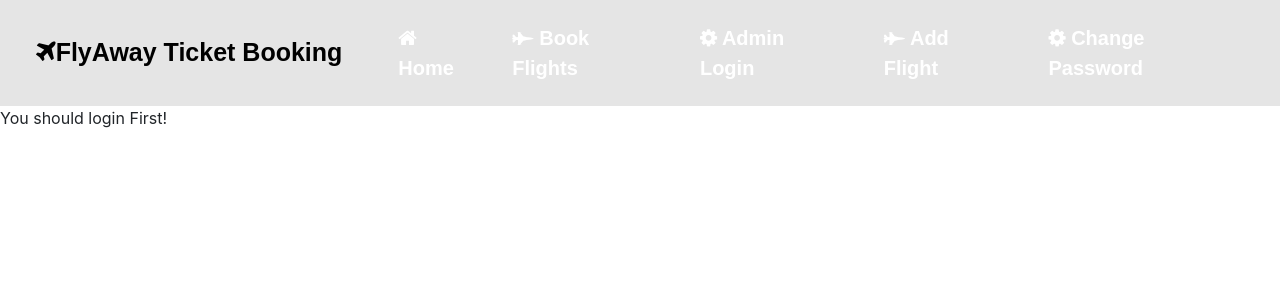
Repository: sayrabano/Phase2-project
Page: http://localhost/FlyAway/adminDashboard.jsp
The author's editor kept a copy of each file at every save. The page is drawn from the files as they stood at one save, then again after the next save.
The browser window is 1280 px wide. The pictures show the whole page.
Some web fonts or font styles are not loaded; a fallback is used. The page is served by Tomcat 9. Other server files are loaded and not shown.

Above is the page before, as saved 2021-09-24 20:57:55.

### FlyAway/src/main/webapp/adminDashboard.jsp
<%@ page language="java" contentType="text/html; charset=ISO-8859-1"
	pageEncoding="ISO-8859-1"%>
<%@page import="java.sql.*"%>
<%@page import=" com.flyaway.LogIn"%>

<%
String driverName = "com.mysql.cj.jdbc.Driver";
String Url = "jdbc:mysql://localhost:3306/flyaway";

String userId = "root";
String password = "say123";

try {
	Class.forName(driverName);
} catch (ClassNotFoundException e) {
	e.printStackTrace();
}
Connection connection = null;
Statement statement = null;
ResultSet resultSet = null;
%>

<!DOCTYPE html>
<html>
<head>
<meta charset="ISO-8859-1">
<title>FlyAway</title>
<link rel="stylesheet"
	href="https://cdnjs.cloudflare.com/ajax/libs/font-awesome/4.7.0/css/font-awesome.min.css">
<!-- Required meta tags -->
<meta charset="utf-8">
<meta name="viewport"
	content="width=device-width, initial-scale=1, shrink-to-fit=no">

<!-- Bootstrap CSS -->
<link rel="stylesheet"
	href="https://maxcdn.bootstrapcdn.com/bootstrap/4.0.0/css/bootstrap.min.css"
	integrity="sha384-Gn5384xqQ1aoWXA+058RXPxPg6fy4IWvTNh0E263XmFcJlSAwiGgFAW/dAiS6JXm"
	crossorigin="anonymous">
<link rel="stylesheet"
	href="https://cdnjs.cloudflare.com/ajax/libs/font-awesome/4.7.0/css/font-awesome.min.css">
<link
	href="https://fonts.googleapis.com/css2?family=Baloo+Bhai+2:wght@500&display=swap"
	rel="stylesheet">
<link
	href="https://fonts.googleapis.com/css2?family=Ubuntu:ital,wght@1,700&display=swap"
	rel="stylesheet">
<link rel="stylesheet" href="CSS/style7.css" />
<style>
</style>
</head>

<body>

	<nav class="navbar navbar-expand-lg navbar-light bg-custom" id="navbar">





		<a class="navbar-brand" id="tag"><i class="fa fa-plane"
			aria-hidden="true"></i>FlyAway Ticket Booking</a>


		<div class="collapse navbar-collapse" id="navbarSupportedContent">
			<ul class="navbar-nav mr-auto">
				<li class="nav-item"><a class="nav-link" href="Home.jsp"> <i
						class="fa fa-home" aria-hidden="true"></i>Home
				</a></li>

				<li class="nav-item"><a class="nav-link"
					href="option-flightsearch.jsp"><i class="fa fa-fighter-jet"></i>
						Book Flights </a></li>
				<li class="nav-item"><a href="Login.jsp" class="nav-link"><i
						class="fa fa-gear"></i> Admin Login</a></li>
						<li class="nav-item"><a href="#" class="nav-link">
						<i class="fa fa-fighter-jet"></i> Add Flight</a></li>


						<li class="nav-item"><a href="Changepassword.jsp" class="nav-link"><i
						class="fa fa-gear"></i> Change Password</a></li>





			</ul>



		</div>

	</nav>

<%if(LogIn.isLoggedin) {

%>
	<div>
		<h2>Welcome To Admin DashBoard</h2>
		<p style="text-align:center;"> LoggedIn as :- Username is : <%=LogIn.username %> and
		Password is : <%=LogIn.password %>
</p>

	<br><br>

	</div>
	<div class="row" align="center">
	<
        <div class="col-lg-3 col-md-4col-sm-6 mb-4">
            <form action="LogOut" method="get">
           <button type="submit" class="btn btn-primary btn">Logout</button>
		</form>
        </div>

        </div>
        </div>
         <br><br><br><br><br><br>
               <center><h2>List of Flight</h2></center><br>

				<table class="table table-bodered table striped" align="center">
					<thead class="thead">
						<tr>
							<th scope="col">Flight ID</th>
							<th scope="col">Flight Name</th>
							<th scope="col">Origin</th>
							<th scope="col">Destination</th>
							<th scope="col">Date</th>
							<th scope="col">Day</th>
							<th scope="col">Ticket Price</th>
						</tr>
					</thead>
					<tbody class="tbody">


						<%
						try {
							connection = DriverManager.getConnection(Url, userId, password);
							statement = connection.createStatement();
							String sql = "SELECT * FROM flight_list";
							resultSet = statement.executeQuery(sql);
							while (resultSet.next()) {
						%>
						<tr>
							<td><%=resultSet.getString("Id")%></td>
							<td><%=resultSet.getString("Flight")%></td>
							<td><%=resultSet.getString("Origin")%></td>
							<td><%=resultSet.getString("Destination")%></td>
							<td><%=resultSet.getString("Day")%></td>
							<td><%=resultSet.getString("Date")%></td>
							<td><%=resultSet.getString("Ticket_Price")%></td>
						</tr>
						<%
						}
						} catch (Exception e) {
						e.printStackTrace();
						}
}

else{
	out.print("You should login First!");
}
						%>
					</tbody>
				</table>

</body>
</html>

### FlyAway/src/main/webapp/CSS/style7.css
@charset "ISO-8859-1";
@charset "ISO-8859-1";

#navbar{
background-color:rgba(0,0,0,.1) ;
font-family:'Ubuntu', sans-serif;

}


#navbar ul li a{
	color:white;

	font-size:20px;
	font-weight:bold;
	padding:15px 20px;

}
#navbar ul li a:hover{
	color:black;
	background-color:white;
	border-radius:18px;


}


#tag{
	font-size:25px;
 color:black;
 font-weight:bold;


	float:right;
	padding: 10px 20px;

}
#gear{
	margin:2px;
	padding:10px;



}
#gear a:hover{



	background-color:white;


}
h2{
	text-align:center;
	font-family:'Ubuntu', sans-serif;
}
.btn{
	color:black;
	padding-left:10rem;
	padding-right:6rem;
	margin-top: 15px;

   background-color:#b0bec5;
	font-family:'Ubuntu', sans-serif;
	float:right;
    display:flex;


}
.thead{
	background-color:#000000;
	font-family:'Ubuntu', sans-serif;
	color:white;
}
.tbody{
	background-color:#b0bec5;
	font-family:'Ubuntu', sans-serif;
}

After the next save:
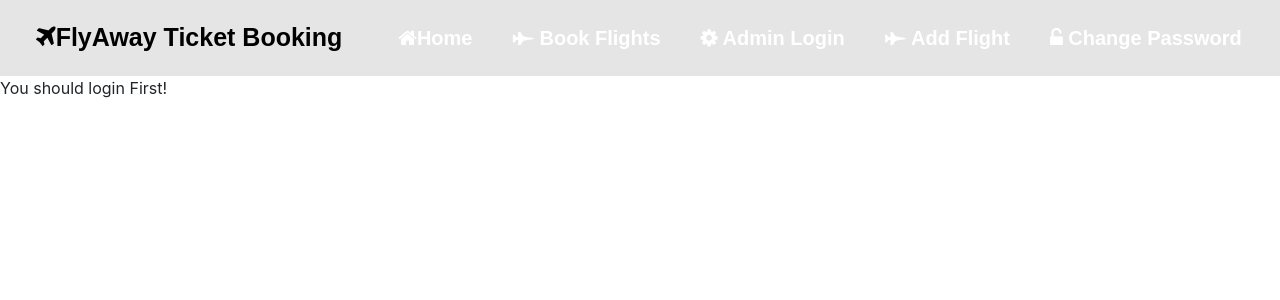
Saved 3 min 1 s later.
--- a/FlyAway/src/main/webapp/adminDashboard.jsp
+++ b/FlyAway/src/main/webapp/adminDashboard.jsp
@@ -77,8 +77,8 @@ ResultSet resultSet = null;
 						<i class="fa fa-fighter-jet"></i> Add Flight</a></li>
 
 
-						<li class="nav-item"><a href="Changepassword.jsp" class="nav-link"><i
-						class="fa fa-gear"></i> Change Password</a></li>
+						<li class="nav-item"><a href="Changepassword.jsp" class="nav-link">
+						<i class="fa fa-unlock-alt" aria-hidden="true"></i> Change Password</a></li>
 
 
 
